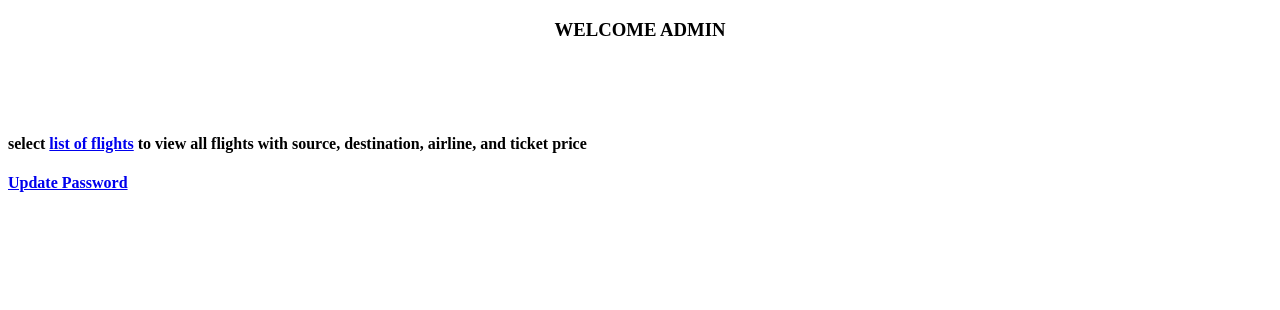
Repository: nihargowda/phase2project
Page: http://localhost/AirAway/adminsuccess.jsp
These files come from the project's save history. The page is drawn as it stood at one moment and after the next save; the edit follows.
The browser window is 1280 px wide. The pictures show the whole page.
The page is served by Tomcat 9.

Above is the page before, as saved 2020-11-19 15:47:43.

After the next save:
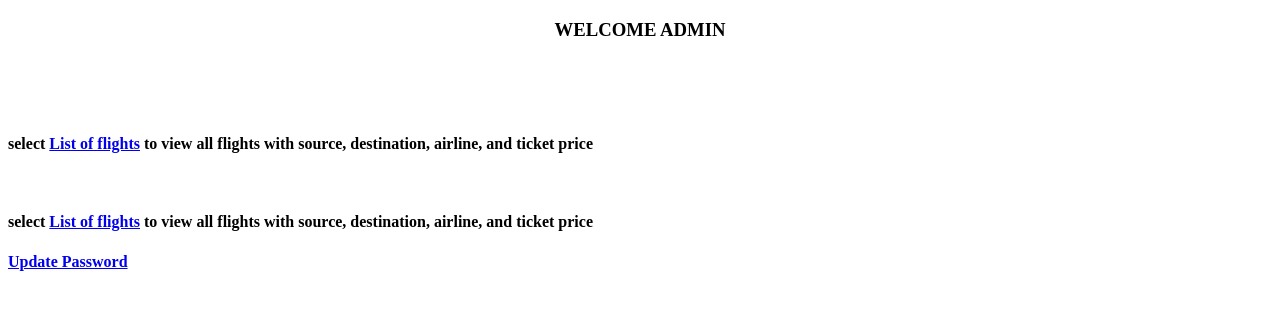
Saved 41 s later.
--- a/AirAway/src/main/webapp/adminsuccess.jsp
+++ b/AirAway/src/main/webapp/adminsuccess.jsp
@@ -9,8 +9,8 @@
 <body>
 <h3><center> WELCOME ADMIN </center></h3>
 <br><br>
-
-<br><h4>select <a href="/AirAway/AirAwayDetails">list of flights</a> to view all flights with source, destination, airline, and ticket price </h4>
+<br><h4>select <a href="/AirAway/SourceDestination">List of flights</a> to view all flights with source, destination, airline, and ticket price </h4>
+<br><h4>select <a href="/AirAway/AirAwayDetails">List of flights</a> to view all flights with source, destination, airline, and ticket price </h4>
 <h4> <a href='/AirAway/updatepassword.jsp'>Update Password</a>  </h4>
 
 </body>
